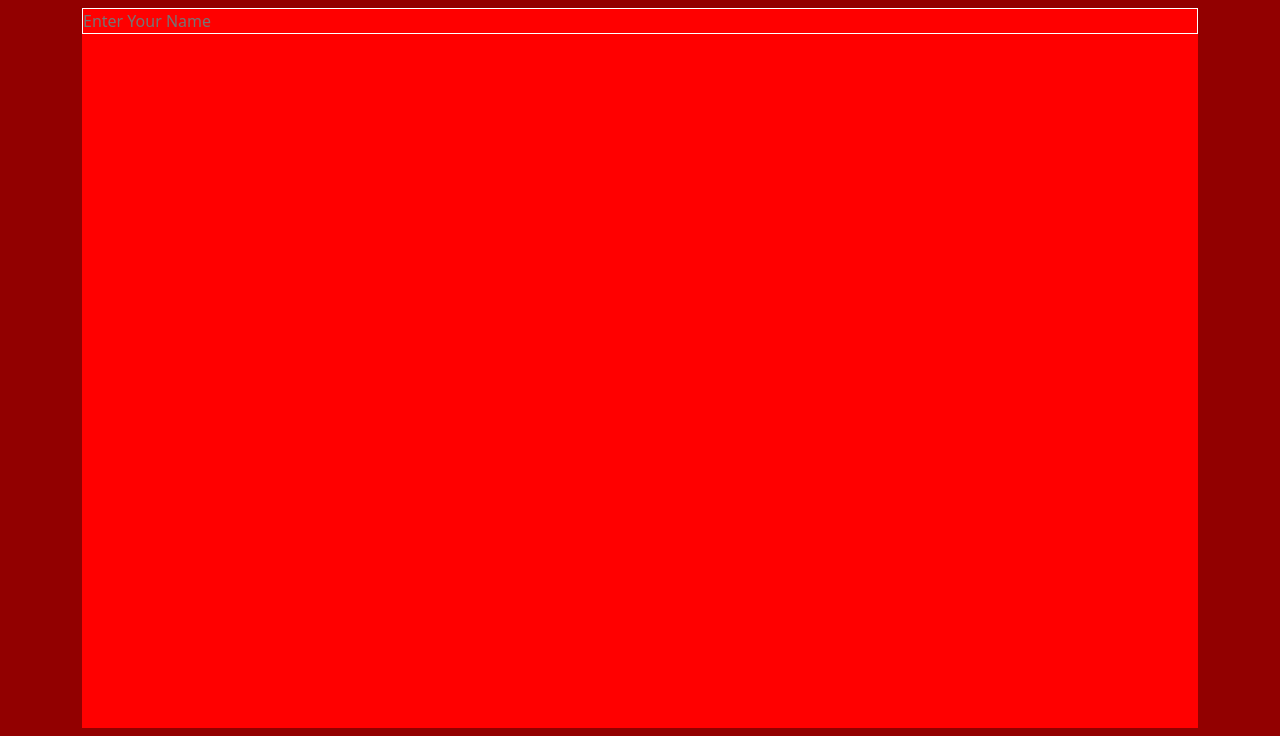
Repository: Haneef-Shaik/Greetings
Page: /
The author's editor kept a copy of each file at every save. The page is drawn from the files as they stood at one save, then again after a run of saves.
The browser window is 1280 px wide. The pictures show the whole page.
The project was rebuilt for these pictures with package versions that can differ from the ones it lists, and the page was loaded fresh each time. The framework's server and built-in components were replaced by stand-ins that run in the browser. Also part of the build but not shown: next.config.js, styles/card.module.scss, components/card.js, styles/socialShare.module.scss, components/socialShare.js.

Above is the page before, as saved 2021-12-01 20:08:17.

After the next 2 saves:
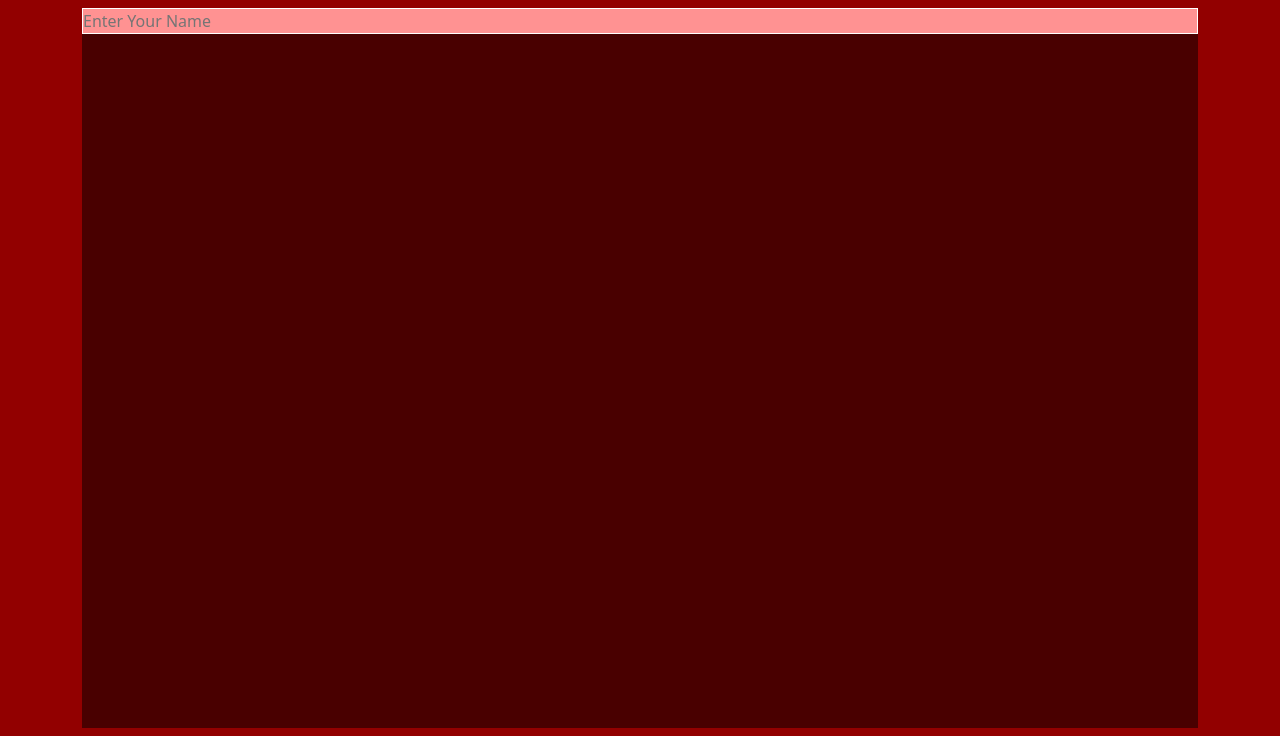
The 2 saves are shown as one change because 1 did not build or start.
The last was saved 56 s later.
--- a/styles/form.module.scss
+++ b/styles/form.module.scss
@@ -1,8 +1,8 @@
 .formContainer{
     height:100vh;
-    background-color:#FF0000;
+    background-color:#490000;
     input{
         border:1px solid #FFFFFF;
-        background-color:red;
+        background-color:#FF9292;
     }
 }
